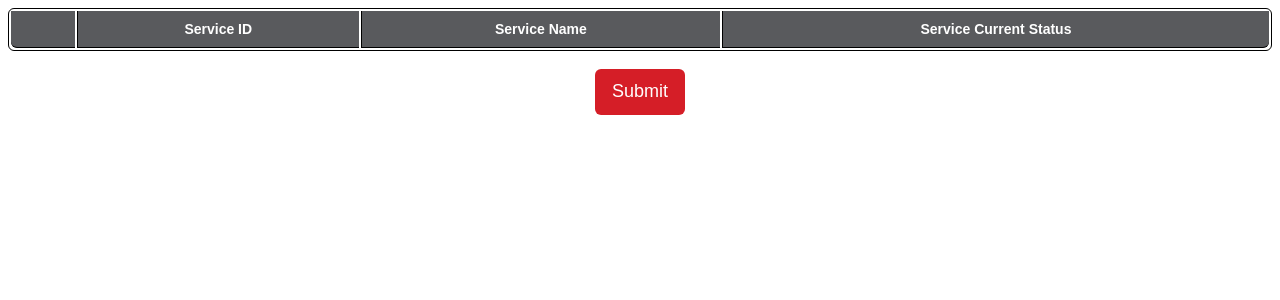
Repository: suma94/MyProjects
Page: http://localhost/SelfServiceSales/Display.jsp
The author's editor kept a copy of each file at every save. The page is drawn from the files as they stood at one save, then again after the next save.
The browser window is 1280 px wide. The pictures show the whole page.
The page is served by Tomcat 9. Nobody is signed in. The application's start-up code is not run.

Above is the page before, as saved 2015-08-27 10:30:02.

After the next save:
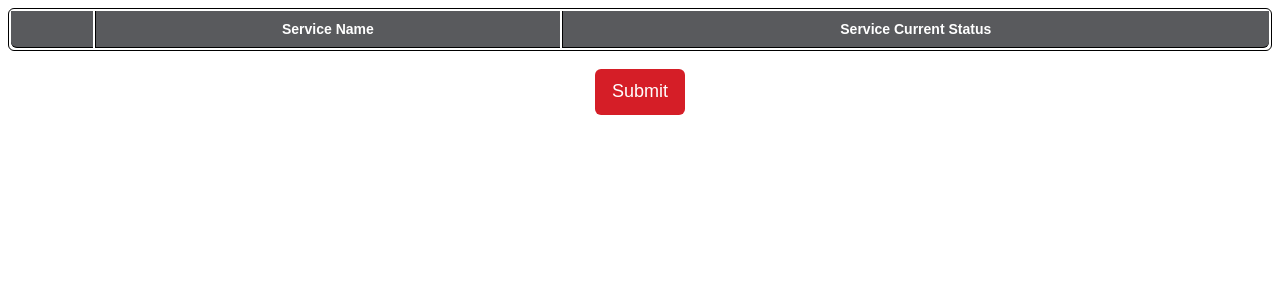
Saved 52 s later.
--- a/SelfServiceSales/WebContent/Display.jsp
+++ b/SelfServiceSales/WebContent/Display.jsp
@@ -13,7 +13,7 @@
 	<form action="SuspendComplete" >
 		<table class="vztable"   >
 			<tr>
-				<td></td><td>Service ID</td><td>Service Name</td><td>Service Current Status</td>
+				<td></td><td>Service Name</td><td>Service Current Status</td>
 			</tr>
 			<c:forEach var="e" items="${infols}">
 			<tr>
